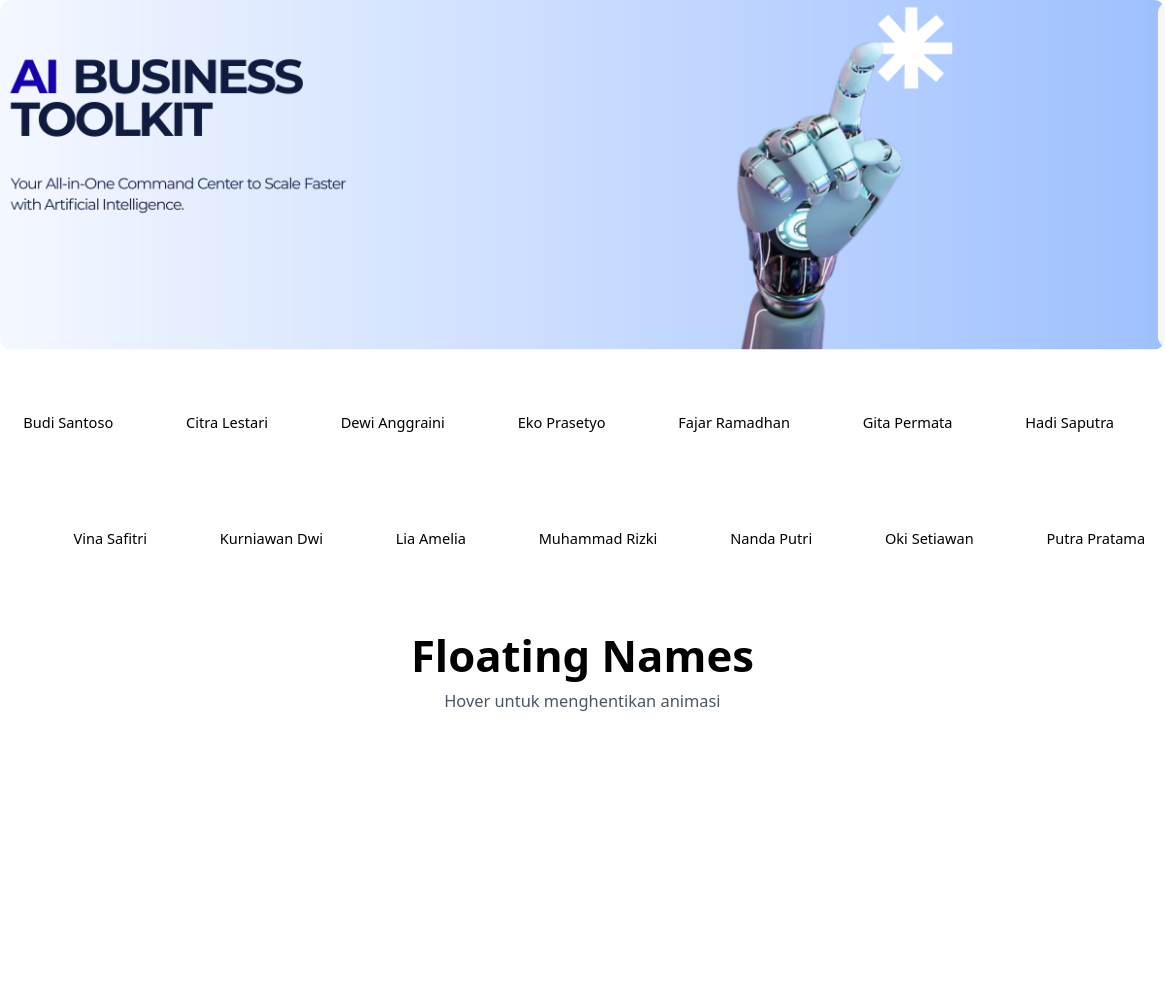
Repository: MUHAMADTEGARWIJAYA/AI-BUSINESS-TOOLKIT
Page: /
An editor plug-in stored every save of this project. The page is shown before and after the next save, followed by the edit.
The browser window is 1280 px wide. The pictures show the whole page, at 91% of full size.
The project was rebuilt for these pictures with package versions that can differ from the ones it lists, and the page was loaded fresh each time. Also part of the build but not shown: vite.config.js.

Above is the page before, as saved 2026-01-07 15:04:37.

### src/router/index.js
import { createRouter, createWebHistory } from 'vue-router'
import HomeView from '../views/HomeView.vue'

const router = createRouter({
  history: createWebHistory(import.meta.env.BASE_URL),
  routes: [
    {
      path: '/',
      name: 'home',
      component: HomeView,
    },

  ],
})

export default router

### src/views/HomeView.vue
<template>
  <div class="min-h-screen flex flex-col justify-center items-start">
    <!-- Container -->
    <div class="w-full max-w-full">
      <!-- Background Image -->
      <div
        class="w-full h-96 rounded-xl bg-cover bg-no-repeat bg-center"
        style="background-image: url('/cc.png')"
      ></div>
    </div>
    <!-- Floating Names Component -->
    <div class="w-full">
      <NamaFloating />
    </div>
  </div>
</template>

<script setup>
import NamaFloating from './NamaFloating.vue'
</script>

### src/views/NamaFloating.vue
<template>
  <div class="min-h-screen bg-white overflow-hidden py-10">
    <div class="space-y-12">
      <!-- Line 1 - Nama 1-10 Gerak ke Kanan -->
      <div class="relative h-20 flex items-center overflow-hidden">
        <div class="scroll-container animate-scroll-right flex gap-4 whitespace-nowrap absolute">
          <div
            v-for="(nama, idx) in line1Double"
            :key="idx"
            class="floating-card inline-block px-8 py-3 bg-white"
          >
            <span class="text-black font-medium text-base">{{ nama }}</span>
          </div>
        </div>
      </div>

      <!-- Line 2 - Nama 11-21 Gerak ke Kiri -->
      <div class="relative h-20 flex items-center overflow-hidden">
        <div class="scroll-container animate-scroll-left flex gap-4 whitespace-nowrap absolute">
          <div
            v-for="(nama, idx) in line2Double"
            :key="idx"
            class="floating-card inline-block px-8 py-3 bg-white"
          >
            <span class="text-black font-medium text-base">{{ nama }}</span>
          </div>
        </div>
      </div>
    </div>

    <!-- Title -->
    <div class="text-center mt-16">
      <h1 class="text-5xl font-bold text-black mb-3">Floating Names</h1>
      <p class="text-gray-600 text-lg">Hover untuk menghentikan animasi</p>
    </div>
  </div>
</template>

<script setup>
import { computed } from 'vue'

// Line 1: Nama 1-10 (gerak ke kanan)
const line1 = [
  'Ahmad Fauzi',
  'Budi Santoso',
  'Citra Lestari',
  'Dewi Anggraini',
  'Eko Prasetyo',
  'Fajar Ramadhan',
  'Gita Permata',
  'Hadi Saputra',
  'Indah Puspitasari',
  'Joko Widodo',
]

// Line 2: Nama 11-21 (gerak ke kiri)
const line2 = [
  'Kurniawan Dwi',
  'Lia Amelia',
  'Muhammad Rizki',
  'Nanda Putri',
  'Oki Setiawan',
  'Putra Pratama',
  'Rina Oktaviani',
  'Sandi Mahendra',
  'Tia Ayuningtyas',
  'Umar Hakim',
  'Vina Safitri',
]

// Duplicate arrays untuk seamless loop
const line1Double = computed(() => [...line1, ...line1])
const line2Double = computed(() => [...line2, ...line2])
</script>

<style scoped>
@keyframes scrollRight {
  0% {
    transform: translateX(0);
  }
  100% {
    transform: translateX(-50%);
  }
}

@keyframes scrollLeft {
  0% {
    transform: translateX(-50%);
  }
  100% {
    transform: translateX(0);
  }
}

.animate-scroll-right {
  animation: scrollRight 50s linear infinite;
}

.animate-scroll-left {
  animation: scrollLeft 50s linear infinite;
}

.floating-card {
  transition: all 0.3s ease;
}

.floating-card:hover {
  transform: translateY(-3px);
  /* box-shadow: 0 10px 25px rgba(0, 0, 0, 0.15); */
}

.scroll-container:has(.floating-card:hover) {
  animation-play-state: paused;
}
</style>

Loaded but not shown: index.html (common file); src/main.js (common file); src/assets/main.css (common file); src/App.vue (common file); tailwind.config.js (common file)

After the next save:
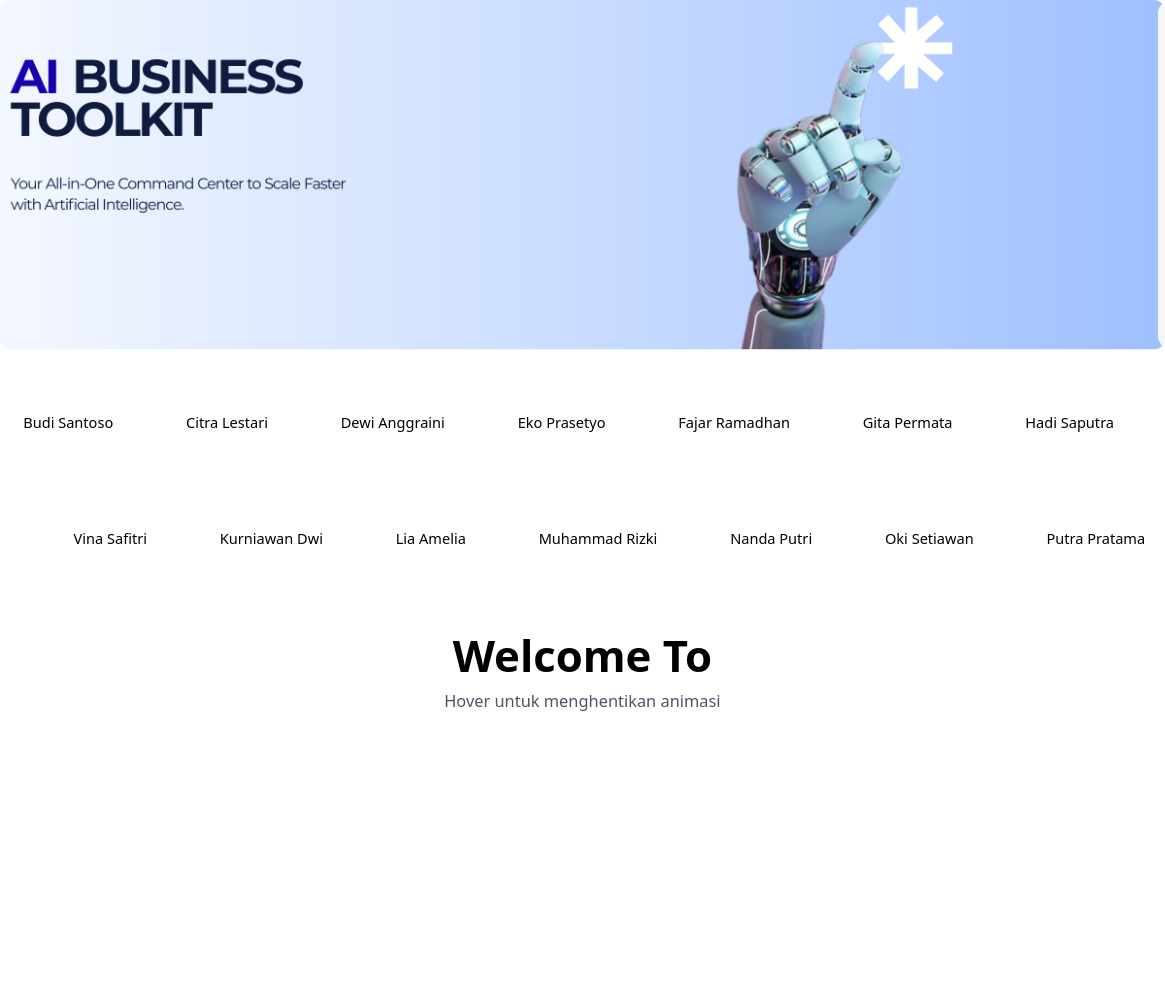
Saved 85 s later.
--- a/src/views/NamaFloating.vue
+++ b/src/views/NamaFloating.vue
@@ -30,7 +30,7 @@
 
     <!-- Title -->
     <div class="text-center mt-16">
-      <h1 class="text-5xl font-bold text-black mb-3">Floating Names</h1>
+      <h1 class="text-5xl font-bold text-black mb-3">Welcome To</h1>
       <p class="text-gray-600 text-lg">Hover untuk menghentikan animasi</p>
     </div>
   </div>
